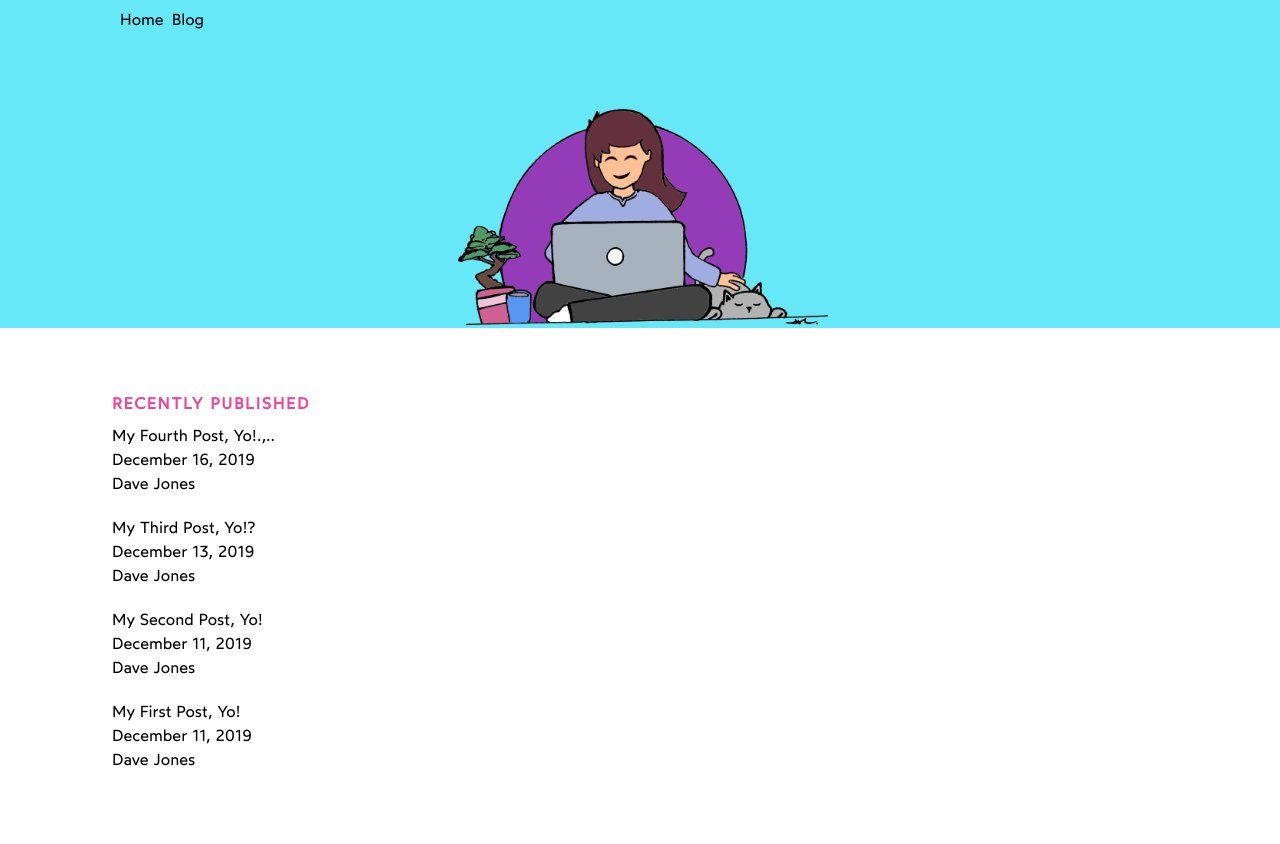
Repository: Risclover/markdown-blog
Page: /
These files come from the project's save history. The page is drawn as it stood at one moment and after the next save; the edit follows.
The browser window is 1280 px wide. The pictures show the whole page.
The project was rebuilt for these pictures with package versions that can differ from the ones it lists, and the page was loaded fresh each time.

Above is the page before, as saved 2023-06-28 14:09:36.

### src/index.js
import React from "react";
import ReactDOM from "react-dom/client";
import { BrowserRouter as Router } from "react-router-dom";
import "./fonts/wotfard-cufonfonts-webfont/style.css";

import "./index.css";
import App from "./App";

const root = ReactDOM.createRoot(document.getElementById("root"));
root.render(
  <Router>
    <App />
  </Router>
);

### src/fonts/wotfard-cufonfonts-webfont/style.css
/* #### Generated By: http://www.cufonfonts.com #### */

    @font-face {
    font-family: 'Wotfard Regular';
    font-style: normal;
    font-weight: normal;
    src: local('Wotfard Regular'), url('Wotfard-Regular.woff') format('woff');
    }

### src/index.css
*,
*::before,
*::after {
  box-sizing: border-box;
}
* {
  margin: 0;
}
body {
  line-height: 1.5;
  min-height: 100vh;
  -webkit-font-smoothing: antialiased;
}
img,
picture,
video,
canvas,
svg {
  display: block;
  max-width: 100%;
}
input,
button,
textarea,
select {
  font: inherit;
}
p,
h1,
h2,
h3,
h4,
h5,
h6 {
  overflow-wrap: break-word;
}
#root,
#__next {
  isolation: isolate;
}

### src/App.js
import "./App.css";
import { Route, Routes } from "react-router-dom";
import Home from "./pages/Home";
import NavBar from "./components/NavBar";
import Header from "./components/Header";
import HomeHeader from "./components/HomeHeader";

function App() {
  return (
    <div className="bg-white-100 min-h-screen">
      <Header>
        <NavBar />
        <HomeHeader />
      </Header>
      <div className="m-auto">
        <Routes>
          <Route path="/" element={<Home />} />
        </Routes>
      </div>
    </div>
  );
}

export default App;

### src/pages/Home.js
import React, { useEffect } from "react";
import postList from "../posts.json";
import HomeHeader from "../components/HomeHeader";

export default function Home() {
  console.log(postList);

  postList.sort((a, b) => {
    let aPost = a.timestamp;
    let bPost = b.timestamp;

    return bPost - aPost;
  });

  return (
    <div className="container px-12 py-16 font-sans mx-auto max-w-6xl w-full">
      <h2 className="uppercase text-base font-semibold tracking-widest text-pink-500">
        Recently Published
      </h2>
      <div className="grid grid-cols-1 gap-1 grid-flow-row ">
        {postList.map((post) => (
          <div key={post.id} className="container py-2 bg-white">
            <div className="">{post.title}</div>
            <div>{post.date}</div>
            <div>{post.author}</div>
          </div>
        ))}
      </div>
    </div>
  );
}

### src/components/NavBar.js
import React from "react";

export default function NavBar() {
  return (
    <div className="py-2">
      <ul className="flex">
        <li className="mx-2">Home</li>
        <li>Blog</li>
      </ul>
    </div>
  );
}

### src/components/Header.js
import React from "react";

export default function Header({ children }) {
  return (
    <header className="w-full bg-cyan-300 flex flex-col">
      <div className="max-w-6xl px-12 w-full mx-auto">{children}</div>
    </header>
  );
}

### src/components/HomeHeader.js
import React from "react";
import Avatar from "../images/avatar.png";
export default function HomeHeader() {
  return (
    <div className="h-72 flex flex-col justify-end">
      <div>
        <img className="w-96 m-auto" src={Avatar} />
      </div>
    </div>
  );
}

### src/posts.json
[{"id":4,"title":"My Third Post, Yo!?","subtitle":"No subtitle given","description":"No description given","author":"Dave Jones","date":"December 13, 2019","timestamp":1576224000,"content":"\nWelcome to My Blog. _It's a beautiful thing._ I hope you'll have as much fun reading my posts as I have writing them. Well, before we go any further, allow me to introduce myself. I'm Dave Jones. I'm 34, and from Montreal, Canada.\n"},{"id":3,"title":"My Second Post, Yo!","subtitle":"No subtitle given","description":"No description given","author":"Dave Jones","date":"December 11, 2019","timestamp":1576051200,"content":"\nWelcome to My Blog. _It's a beautiful thing._ I hope you'll have as much fun reading my posts as I have writing them. Well, before we go any further, allow me to introduce myself. I'm Dave Jones. I'm 34, and from Montreal, Canada.\n"},{"id":2,"title":"My Fourth Post, Yo!.,..","subtitle":"No subtitle given","description":"No description given","author":"Dave Jones","date":"December 16, 2019","timestamp":1576483200,"content":"\nWelcome to My Blog. _It's a beautiful thing._ I hope you'll have as much fun reading my posts as I have writing them. Well, before we go any further, allow me to introduce myself. I'm Dave Jones. I'm 34, and from Montreal, Canada.\n"},{"id":1,"title":"My First Post, Yo!","subtitle":"This is a subtitle.","description":"Happy Pride month! In this tutorial, I'll share a handful of my favourite animation tricks. You'll learn how to build an animated wavy pride flag using CSS keyframes and linear gradients. We'll also see how to make it dynamic using React. 🏳️‍🌈","author":"Dave Jones","date":"December 11, 2019","timestamp":1576051200,"content":"\nWelcome to My Blog. _It's a beautiful thing._ I hope you'll have as much fun reading my posts as I have writing them. Well, before we go any further, allow me to introduce myself. I'm Dave Jones. I'm 34, and from Montreal, Canada.\n"}]

### tailwind.config.js
/** @type {import('tailwindcss').Config} */
module.exports = {
  content: [
    "./app/**/*.{js,ts,jsx,tsx,mdx}",
    "./pages/**/*.{js,ts,jsx,tsx,mdx}",
    "./components/**/*.{js,ts,jsx,tsx,mdx}",

    // Or if using `src` directory:
    "./src/**/*.{js,ts,jsx,tsx,mdx}",
  ],
  theme: {
    fontFamily: {
      sans: ["Wotfard Regular", "sans-serif"],
    },
    extend: {},
  },
  plugins: [],
};

Loaded but not shown: public/index.html (common file); src/App.css (common file)

After the next save:
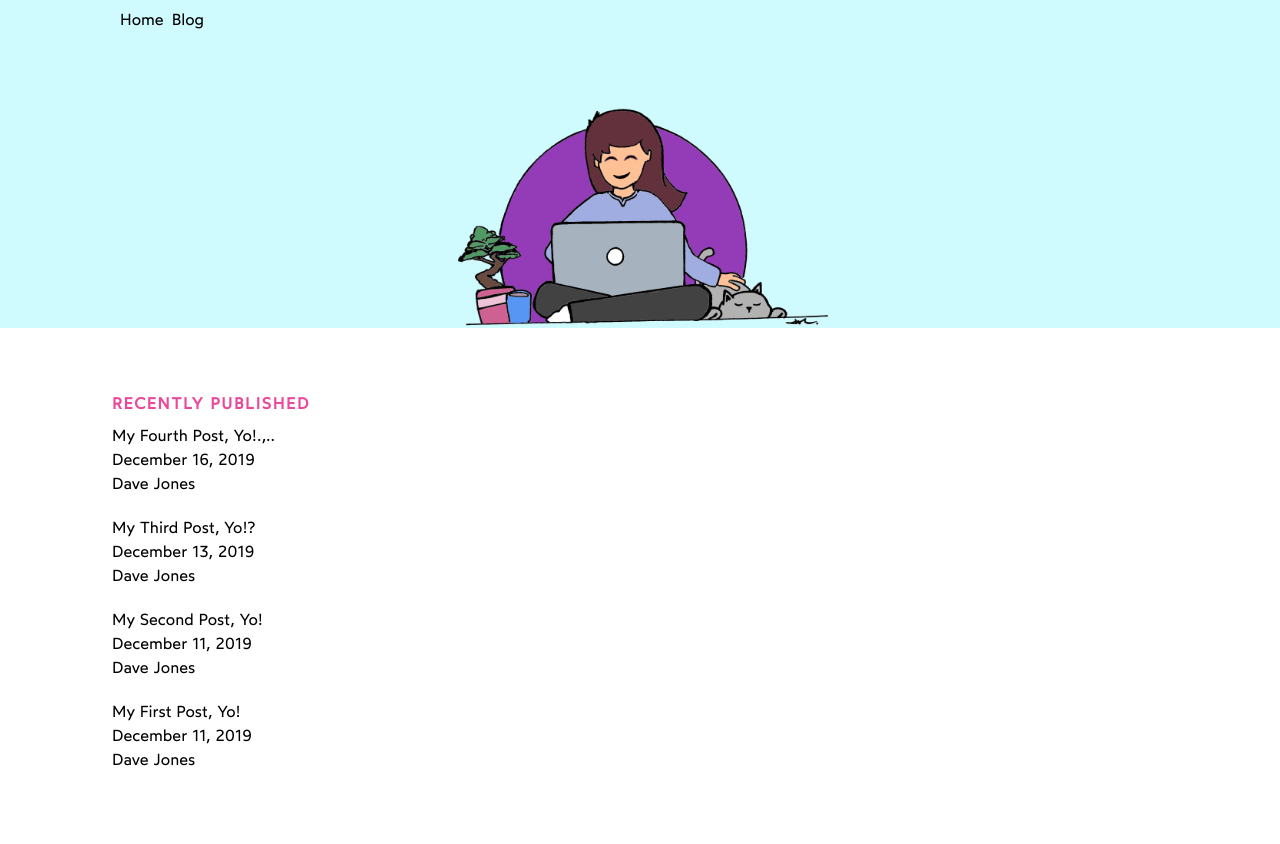
Saved 10 s later.
--- a/src/components/Header.js
+++ b/src/components/Header.js
@@ -2,7 +2,7 @@ import React from "react";
 
 export default function Header({ children }) {
   return (
-    <header className="w-full bg-cyan-300 flex flex-col">
+    <header className="w-full bg-cyan-100 flex flex-col">
       <div className="max-w-6xl px-12 w-full mx-auto">{children}</div>
     </header>
   );
